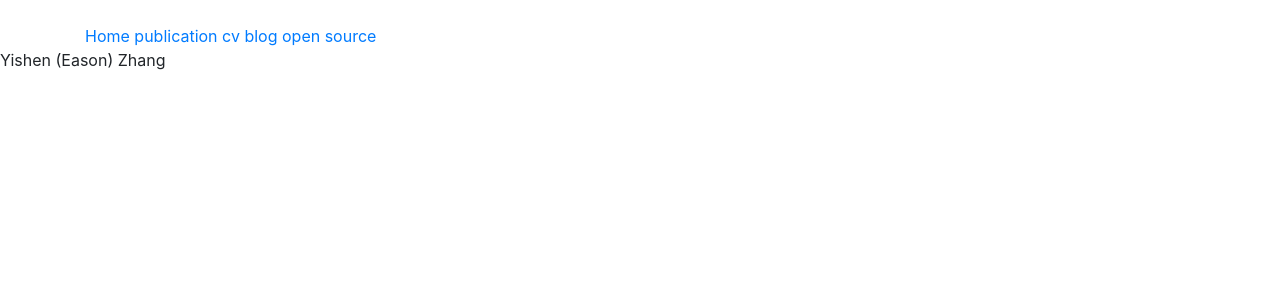
Repository: eazzzon/eazzzon.github.io
Page: index.html
An editor plug-in stored every save of this project. The page is shown before and after the next save, followed by the edit.
The browser window is 1280 px wide. The pictures show the whole page.

Above is the page before, as saved 2021-05-30 19:48:36.

After the next save:
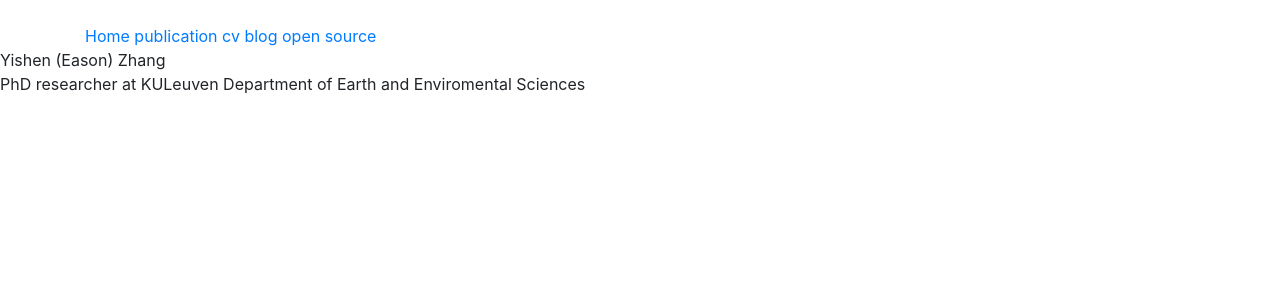
Saved 65 s later.
--- a/index.html
+++ b/index.html
@@ -28,7 +28,10 @@
     </div>
     <div>
     Yishen (Eason) Zhang
-
+    </div>
+    <div>
+        PhD researcher at KULeuven
+        Department of Earth and Enviromental Sciences
     </div>
 <!-- <nav class="sidenav" style="position:absolute; top:100px; left:40px">
     <div class=”row” >
